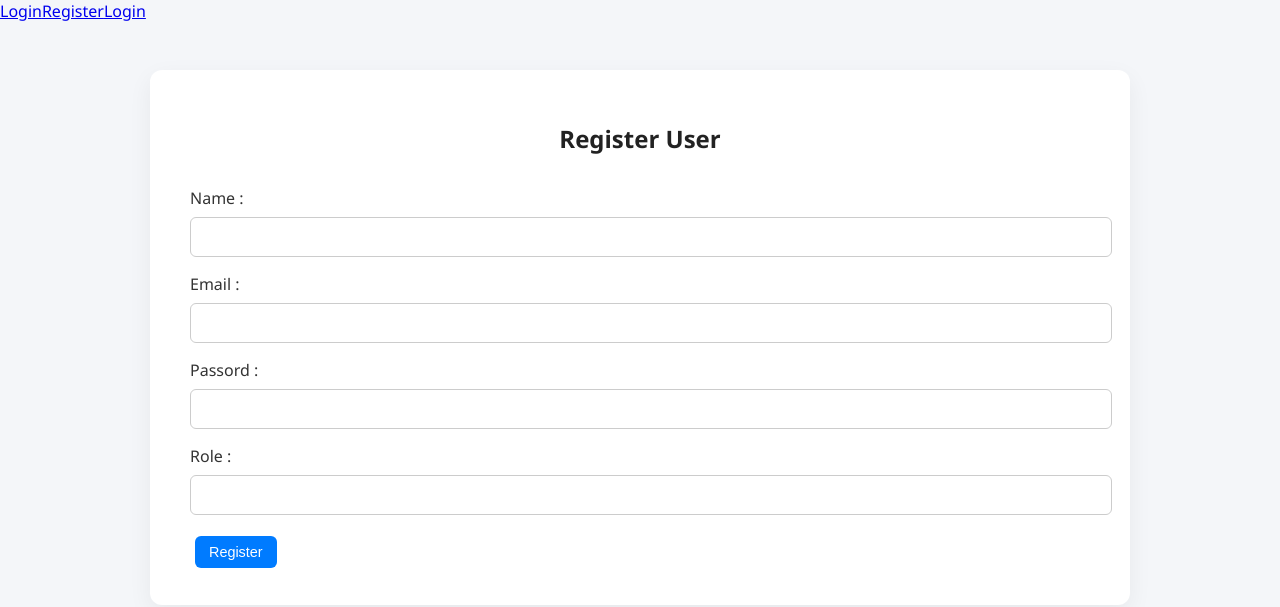
Repository: bharathabhi46/SkillSync-FrontEnd
Page: /RegisterUser
An editor plug-in stored every save of this project. The page is shown before and after a run of saves, followed by the edit.
The browser window is 1280 px wide. The pictures show the whole page.
The project was rebuilt for these pictures with package versions that can differ from the ones it lists, and the page was loaded fresh each time. Also part of the build but not shown: vite.config.js, src/Components/CreateUser/CreateUser.jsx, src/Components/UserList/UserList.jsx, src/Components/EditUser/EditUser.jsx, src/Components/LoginUser/LoginUser.jsx, src/Components/PrivateAuth/PrivateAuth.jsx.

Above is the page before, as saved 2025-06-27 17:07:13.

### src/main.jsx
import { StrictMode } from "react";
import { createRoot } from "react-dom/client";
import { BrowserRouter } from "react-router-dom";
import App from "./App.jsx";

createRoot(document.getElementById("root")).render(
  <BrowserRouter>
    <App />
  </BrowserRouter>
);

### src/App.jsx
import React from "react";
import CreateUser from "./Components/CreateUser/CreateUser";
import UserList from "./Components/UserList/UserList";
import EditUser from "./Components/EditUser/EditUser";
import { Route, Routes } from "react-router-dom";
import RegisterUser from "./Components/RegisterUser/RegisterUser";
import LoginUser from "./Components/LoginUser/LoginUser";
import "./App.css";
import PrivateAuth from "./Components/PrivateAuth/PrivateAuth";
import NavBar from "./Components/NavBar/NavBar";

const App = () => {
  return (
    <>
      <NavBar />
      <Routes>
        <Route
          path="/UserList"
          element={
            <PrivateAuth>
              <UserList />
            </PrivateAuth>
          }
        />
        <Route
          path="/EditUser/:id"
          element={
            <PrivateAuth>
              <EditUser />
            </PrivateAuth>
          }
        />
        <Route
          path="/CreateUser"
          element={
            <PrivateAuth>
              <CreateUser />
            </PrivateAuth>
          }
        />
        <Route path="/RegisterUser" element={<RegisterUser />} />
        <Route path="/LoginUser" element={<LoginUser />} />
      </Routes>
    </>
  );
};

export default App;

### src/Components/RegisterUser/RegisterUser.jsx
import React, { useState } from "react";

const RegisterUser = () => {
  let url = "http://localhost:8080/api/users/auth/register";
  let [registerForm, setRegisterForm] = useState({
    name: "",
    email: "",
    password: "",
    role: "",
  });
  async function handleSubmit(e) {
    e.preventDefault();
    try {
      await fetch(url, {
        method: "POST",
        headers: {
          "Content-Type": "application/json",
        },
        body: JSON.stringify(registerForm),
      });
      setRegisterForm({ name: "", email: "", password: "", role: "" });
      alert("Registration Successfull");
    } catch (err) {
      console.log("Error : ", err);
      alert("Failed to Register");
    }
  }
  function handleOnChange(e) {
    setRegisterForm((prevState) => ({
      ...prevState,
      [e.target.name]: e.target.value,
    }));
  }
  return (
    <div className="container">
      <h2>Register User</h2>
      <form onSubmit={handleSubmit}>
        <label>Name : </label>
        <input
          type="text"
          name="name"
          value={registerForm.name}
          onChange={handleOnChange}
        />
        <label>Email : </label>
        <input
          type="email"
          name="email"
          value={registerForm.email}
          onChange={handleOnChange}
        />
        <label>Passord : </label>
        <input
          type="password"
          name="password"
          value={registerForm.password}
          onChange={handleOnChange}
        />
        <label>Role : </label>
        <input
          type="text"
          name="role"
          value={registerForm.role}
          onChange={handleOnChange}
        />
        <button type="submit">Register</button>
      </form>
    </div>
  );
};

export default RegisterUser;

### src/App.css
/* App.css */

body {
  font-family: "Segoe UI", Roboto, sans-serif;
  background: #f4f6f9;
  margin: 0;
  padding: 0;
  color: #333;
}

.container {
  width: 90%;
  max-width: 900px;
  margin: 3rem auto;
  background: #ffffff;
  padding: 2rem 2.5rem;
  border-radius: 12px;
  box-shadow: 0 8px 24px rgba(0, 0, 0, 0.06);
}

h2 {
  text-align: center;
  margin-bottom: 2rem;
  color: #222;
}

table {
  width: 100%;
  border-collapse: collapse;
  margin-bottom: 2rem;
  background-color: #fff;
  border-radius: 8px;
  overflow: hidden;
  margin-bottom: 10px;
}

th {
  background-color: #007bff;
  color: white;
  padding: 12px;
  text-align: left;
}

td {
  padding: 12px;
  border-bottom: 1px solid #eaeaea;
}

tr:hover {
  background-color: #f1f1f1;
}

button {
  background: #007bff;
  color: white;
  padding: 8px 14px;
  border: none;
  border-radius: 6px;
  cursor: pointer;
  font-size: 0.9rem;
  margin: 5px;
}

button:hover {
  background: #0056b3;
}

input {
  width: 100%;
  padding: 10px;
  margin-bottom: 1rem;
  border: 1px solid #ccc;
  border-radius: 6px;
  font-size: 1rem;
}

label {
  display: block;
  font-weight: 500;
  margin-bottom: 0.5rem;
}

### src/Components/NavBar/NavBar.jsx
import React from "react";
import { NavLink } from "react-router-dom";
import RegisterUser from "../RegisterUser/RegisterUser";

const NavBar = () => {
  let isLoggedIn = localStorage.getItem("userEmail") !== null;
  return (
    <div>
      <NavLink to="/LoginUser">Login</NavLink>
      <NavLink to="/RegisterUser">Register</NavLink>
      {isLoggedIn ? (
        ((<NavLink to="/CreateUser">Create User</NavLink>),
        (<NavLink to="/UserList">User List</NavLink>),
        (<NavLink to="/EditUser">Edit User</NavLink>))
      ) : (
        <NavLink to="/LoginUser">Login</NavLink>
      )}
    </div>
  );
};

export default NavBar;

Loaded but not shown: index.html (common file)

After the next 2 saves:
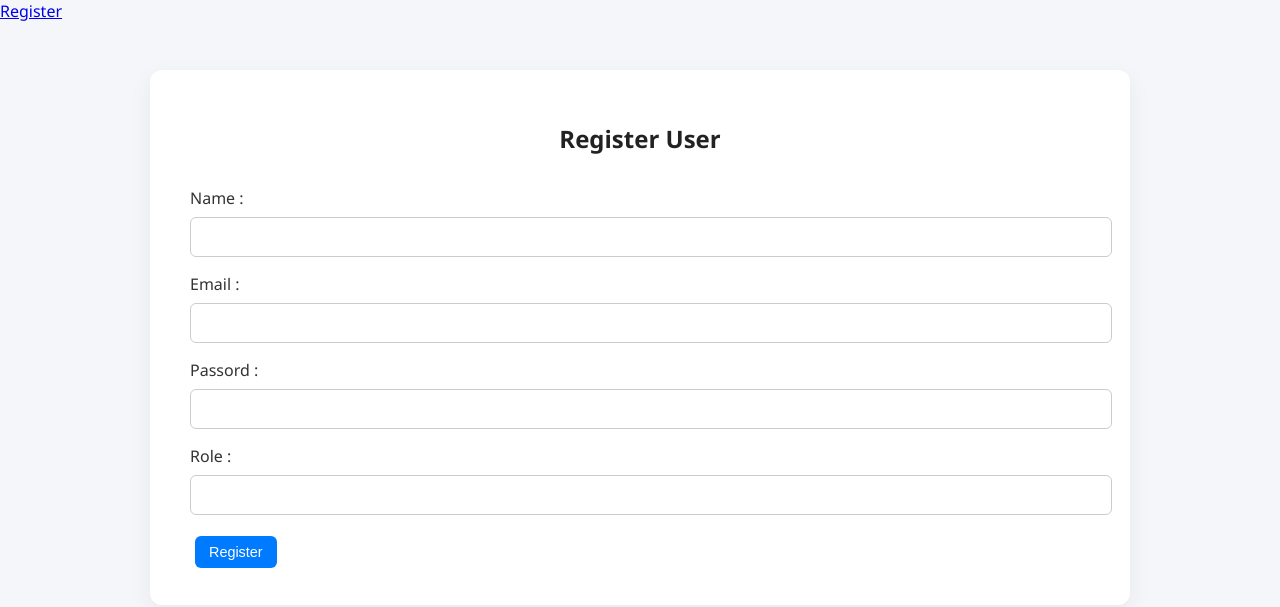
The 2 saves are shown as one change because 1 did not build or start.
The last was saved 15 s later.
--- a/src/Components/NavBar/NavBar.jsx
+++ b/src/Components/NavBar/NavBar.jsx
@@ -6,15 +6,12 @@ const NavBar = () => {
   let isLoggedIn = localStorage.getItem("userEmail") !== null;
   return (
     <div>
-      <NavLink to="/LoginUser">Login</NavLink>
-      <NavLink to="/RegisterUser">Register</NavLink>
-      {isLoggedIn ? (
-        ((<NavLink to="/CreateUser">Create User</NavLink>),
-        (<NavLink to="/UserList">User List</NavLink>),
-        (<NavLink to="/EditUser">Edit User</NavLink>))
-      ) : (
-        <NavLink to="/LoginUser">Login</NavLink>
-      )}
+      {isLoggedIn
+        ? ((<NavLink to="/CreateUser">Create User</NavLink>),
+          (<NavLink to="/UserList">User List</NavLink>),
+          (<NavLink to="/EditUser">Edit User</NavLink>))
+        : ((<NavLink to="/LoginUser">Login</NavLink>),
+          (<NavLink to="/RegisterUser">Register</NavLink>))}
     </div>
   );
 };
